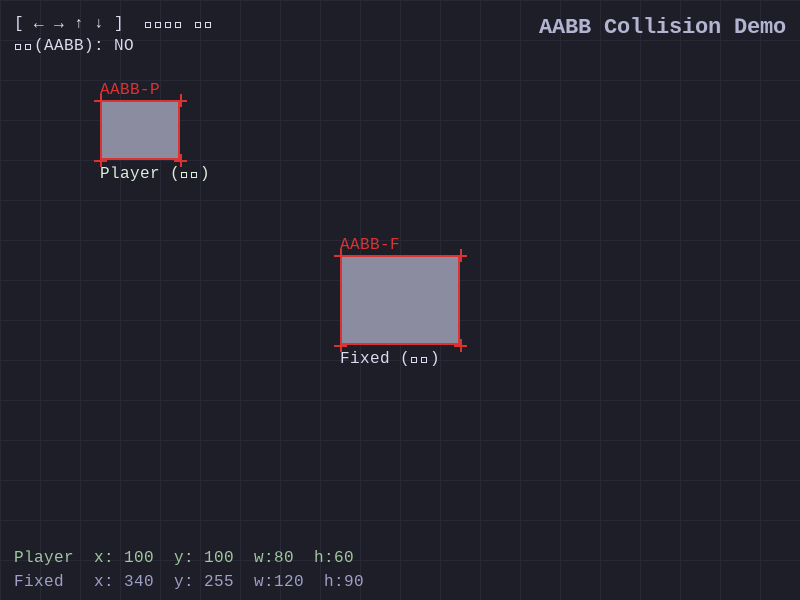
Repository: hanys0813/hys-project
Script's output: python pracitce.py
These files come from the project's save history. The script's output is drawn as it stood at one moment and after the next save; the edit follows.
The window is shown after at most 60 frames with no key pressed. A system font it names is replaced by a similar one. Random numbers start from a fixed seed.

Above is the script's output before, as saved 2026-03-24 14:27:43.

### pracitce.py
import pygame
import sys

# 초기화
pygame.init()

WIDTH, HEIGHT = 800, 600
screen = pygame.display.set_mode((WIDTH, HEIGHT))
pygame.display.set_caption("AABB 충돌 감지 데모")

clock = pygame.time.Clock()
FPS = 60
SPEED = 4

# 색상
BG_COLOR       = (30, 30, 40)
RECT_COLOR     = (140, 140, 160)
AABB_COLOR     = (220, 50,  50)
OVERLAP_COLOR  = (255, 200,  0)
TEXT_COLOR     = (220, 220, 240)
GRID_COLOR     = (40,  40,  55)

# 폰트
font_small = pygame.font.SysFont("consolas", 16)
font_big   = pygame.font.SysFont("consolas", 22, bold=True)

# ── 오브젝트 정의 ──────────────────────────────────────────
# 이동 가능한 오브젝트 (플레이어)
player = pygame.Rect(100, 100, 80, 60)

# 고정 오브젝트 (화면 중앙)
fixed  = pygame.Rect(0, 0, 120, 90)
fixed.center = (WIDTH // 2, HEIGHT // 2)

def draw_grid():
    for x in range(0, WIDTH, 40):
        pygame.draw.line(screen, GRID_COLOR, (x, 0), (x, HEIGHT))
    for y in range(0, HEIGHT, 40):
        pygame.draw.line(screen, GRID_COLOR, (0, y), (WIDTH, y))

def draw_aabb(rect, color, label=""):
    """AABB 테두리 + 코너 마커"""
    pygame.draw.rect(screen, color, rect, 2)
    # 코너 마커
    size = 6
    corners = [rect.topleft, rect.topright, rect.bottomleft, rect.bottomright]
    for cx, cy in corners:
        pygame.draw.line(screen, color, (cx - size, cy), (cx + size, cy), 2)
        pygame.draw.line(screen, color, (cx, cy - size), (cx, cy + size), 2)
    if label:
        lbl = font_small.render(label, True, color)
        screen.blit(lbl, (rect.left, rect.top - 20))

def draw_overlap_highlight(r1, r2):
    """겹친 영역 반투명 하이라이트"""
    ox = max(r1.left, r2.left)
    oy = max(r1.top,  r2.top)
    ow = min(r1.right,  r2.right)  - ox
    oh = min(r1.bottom, r2.bottom) - oy
    if ow > 0 and oh > 0:
        surf = pygame.Surface((ow, oh), pygame.SRCALPHA)
        surf.fill((255, 200, 0, 60))
        screen.blit(surf, (ox, oy))
        pygame.draw.rect(screen, OVERLAP_COLOR, (ox, oy, ow, oh), 2)

def draw_hud(colliding):
    # 조작 안내
    lines = [
        "[ ← → ↑ ↓ ]  플레이어 이동",
        f"충돌(AABB): {'YES  ← 겹침!' if colliding else 'NO'}",
    ]
    for i, line in enumerate(lines):
        color = OVERLAP_COLOR if (i == 1 and colliding) else TEXT_COLOR
        surf = font_small.render(line, True, color)
        screen.blit(surf, (14, 14 + i * 22))

    # 제목
    title = font_big.render("AABB Collision Demo", True, (180, 180, 210))
    screen.blit(title, (WIDTH - title.get_width() - 14, 14))

    # 좌표 표시
    p_info = font_small.render(
        f"Player  x:{player.x:4d}  y:{player.y:4d}  w:{player.w}  h:{player.h}",
        True, (160, 200, 160))
    f_info = font_small.render(
        f"Fixed   x:{fixed.x:4d}  y:{fixed.y:4d}  w:{fixed.w}  h:{fixed.h}",
        True, (160, 160, 200))
    screen.blit(p_info, (14, HEIGHT - 52))
    screen.blit(f_info, (14, HEIGHT - 28))

# ── 메인 루프 ──────────────────────────────────────────────
running = True
while running:
    clock.tick(FPS)

    # 이벤트
    for event in pygame.event.get():
        if event.type == pygame.QUIT:
            running = False
        if event.type == pygame.KEYDOWN and event.key == pygame.K_ESCAPE:
            running = False

    # 입력 처리
    keys = pygame.key.get_pressed()
    if keys[pygame.K_LEFT]:  player.x -= SPEED
    if keys[pygame.K_RIGHT]: player.x += SPEED
    if keys[pygame.K_UP]:    player.y -= SPEED
    if keys[pygame.K_DOWN]:  player.y += SPEED

    # 화면 밖 제한
    player.clamp_ip(pygame.Rect(0, 0, WIDTH, HEIGHT))

    # AABB 충돌 감지
    colliding = player.colliderect(fixed)

    # ── 렌더링 ──
    screen.fill(BG_COLOR)
    draw_grid()

    # 오브젝트 내부 채우기
    pygame.draw.rect(screen, RECT_COLOR, player)
    pygame.draw.rect(screen, RECT_COLOR, fixed)

    # 오브젝트 테두리
    pygame.draw.rect(screen, (180, 180, 200), player, 1)
    pygame.draw.rect(screen, (180, 180, 200), fixed,  1)

    # 라벨
    p_lbl = font_small.render("Player (이동)", True, (220, 240, 220))
    f_lbl = font_small.render("Fixed (고정)", True, (220, 220, 240))
    screen.blit(p_lbl, (player.left, player.bottom + 4))
    screen.blit(f_lbl, (fixed.left,  fixed.bottom  + 4))

    # 겹침 하이라이트 (충돌 시)
    if colliding:
        draw_overlap_highlight(player, fixed)

    # AABB 박스
    aabb_col = OVERLAP_COLOR if colliding else AABB_COLOR
    draw_aabb(player, aabb_col, "AABB-P")
    draw_aabb(fixed,  aabb_col, "AABB-F")

    draw_hud(colliding)
    pygame.display.flip()

pygame.quit()
sys.exit()

After the next save:
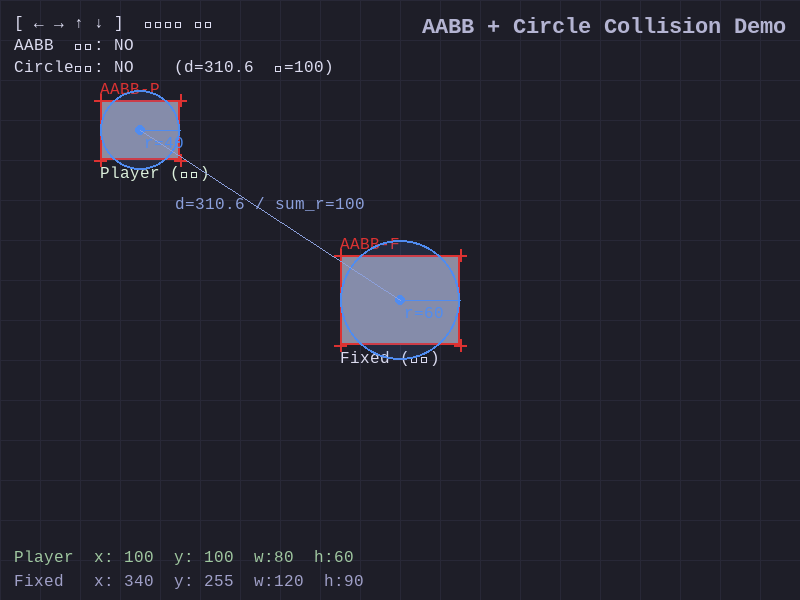
Saved 5 min 12 s later.
--- a/pracitce.py
+++ b/pracitce.py
@@ -1,12 +1,13 @@
 import pygame
 import sys
+import math
 
 # 초기화
 pygame.init()
 
 WIDTH, HEIGHT = 800, 600
 screen = pygame.display.set_mode((WIDTH, HEIGHT))
-pygame.display.set_caption("AABB 충돌 감지 데모")
+pygame.display.set_caption("AABB + Circle 충돌 감지 데모")
 
 clock = pygame.time.Clock()
 FPS = 60
@@ -14,9 +15,12 @@ SPEED = 4
 
 # 색상
 BG_COLOR       = (30, 30, 40)
+BG_CIRCLE_HIT  = (60, 55, 10)   # 원형 충돌 시 배경
 RECT_COLOR     = (140, 140, 160)
 AABB_COLOR     = (220, 50,  50)
+CIRCLE_COLOR   = (80, 140, 240)  # 파란 원
 OVERLAP_COLOR  = (255, 200,  0)
+CIRCLE_HIT_COLOR = (255, 220, 0) # 원형 충돌 시 색
 TEXT_COLOR     = (220, 220, 240)
 GRID_COLOR     = (40,  40,  55)
 
@@ -25,12 +29,23 @@ font_small = pygame.font.SysFont("consolas", 16)
 font_big   = pygame.font.SysFont("consolas", 22, bold=True)
 
 # ── 오브젝트 정의 ──────────────────────────────────────────
-# 이동 가능한 오브젝트 (플레이어)
 player = pygame.Rect(100, 100, 80, 60)
-
-# 고정 오브젝트 (화면 중앙)
 fixed  = pygame.Rect(0, 0, 120, 90)
 fixed.center = (WIDTH // 2, HEIGHT // 2)
+
+def get_circle(rect):
+    """오브젝트의 중심 좌표와 반지름(너비 절반) 반환"""
+    cx = rect.centerx
+    cy = rect.centery
+    r  = rect.width // 2
+    return cx, cy, r
+
+def circle_collide(r1, r2):
+    """두 원의 충돌 감지: 중심 거리 < 반지름 합"""
+    cx1, cy1, rad1 = get_circle(r1)
+    cx2, cy2, rad2 = get_circle(r2)
+    dist = math.hypot(cx2 - cx1, cy2 - cy1)
+    return dist < (rad1 + rad2), dist, rad1 + rad2
 
 def draw_grid():
     for x in range(0, WIDTH, 40):
@@ -39,9 +54,7 @@ def draw_grid():
         pygame.draw.line(screen, GRID_COLOR, (0, y), (WIDTH, y))
 
 def draw_aabb(rect, color, label=""):
-    """AABB 테두리 + 코너 마커"""
     pygame.draw.rect(screen, color, rect, 2)
-    # 코너 마커
     size = 6
     corners = [rect.topleft, rect.topright, rect.bottomleft, rect.bottomright]
     for cx, cy in corners:
@@ -51,8 +64,37 @@ def draw_aabb(rect, color, label=""):
         lbl = font_small.render(label, True, color)
         screen.blit(lbl, (rect.left, rect.top - 20))
 
+def draw_circle_bb(rect, hit):
+    """원형 Bounding Box 그리기"""
+    cx, cy, r = get_circle(rect)
+    color = CIRCLE_HIT_COLOR if hit else CIRCLE_COLOR
+    # 반투명 채우기
+    surf = pygame.Surface((r * 2, r * 2), pygame.SRCALPHA)
+    alpha = 50 if hit else 30
+    pygame.draw.circle(surf, (*color, alpha), (r, r), r)
+    screen.blit(surf, (cx - r, cy - r))
+    # 테두리
+    pygame.draw.circle(screen, color, (cx, cy), r, 2)
+    # 중심점
+    pygame.draw.circle(screen, color, (cx, cy), 5)
+    # 반지름 선
+    pygame.draw.line(screen, (*color, 180), (cx, cy), (cx + r, cy), 1)
+    # 반지름 수치 표시
+    lbl = font_small.render(f"r={r}", True, color)
+    screen.blit(lbl, (cx + 4, cy + 4))
+
+def draw_circle_distance_line(r1, r2, hit, dist, sum_r):
+    """두 원 중심 사이의 거리 시각화"""
+    cx1, cy1, _ = get_circle(r1)
+    cx2, cy2, _ = get_circle(r2)
+    color = CIRCLE_HIT_COLOR if hit else (140, 160, 220)
+    pygame.draw.line(screen, color, (cx1, cy1), (cx2, cy2), 1)
+    mid_x = (cx1 + cx2) // 2
+    mid_y = (cy1 + cy2) // 2
+    lbl = font_small.render(f"d={dist:.1f} / sum_r={sum_r}", True, color)
+    screen.blit(lbl, (mid_x - lbl.get_width() // 2, mid_y - 20))
+
 def draw_overlap_highlight(r1, r2):
-    """겹친 영역 반투명 하이라이트"""
     ox = max(r1.left, r2.left)
     oy = max(r1.top,  r2.top)
     ow = min(r1.right,  r2.right)  - ox
@@ -63,22 +105,21 @@ def draw_overlap_highlight(r1, r2):
         screen.blit(surf, (ox, oy))
         pygame.draw.rect(screen, OVERLAP_COLOR, (ox, oy, ow, oh), 2)
 
-def draw_hud(colliding):
-    # 조작 안내
+def draw_hud(aabb_hit, circle_hit, dist, sum_r):
     lines = [
         "[ ← → ↑ ↓ ]  플레이어 이동",
-        f"충돌(AABB): {'YES  ← 겹침!' if colliding else 'NO'}",
+        f"AABB  충돌: {'YES ◀ 겹침!' if aabb_hit   else 'NO '}",
+        f"Circle충돌: {'YES ◀ 겹침!' if circle_hit else 'NO '}   (d={dist:.1f}  합={sum_r})",
     ]
     for i, line in enumerate(lines):
-        color = OVERLAP_COLOR if (i == 1 and colliding) else TEXT_COLOR
+        hit = (i == 1 and aabb_hit) or (i == 2 and circle_hit)
+        color = OVERLAP_COLOR if hit else TEXT_COLOR
         surf = font_small.render(line, True, color)
         screen.blit(surf, (14, 14 + i * 22))
 
-    # 제목
-    title = font_big.render("AABB Collision Demo", True, (180, 180, 210))
+    title = font_big.render("AABB + Circle Collision Demo", True, (180, 180, 210))
     screen.blit(title, (WIDTH - title.get_width() - 14, 14))
 
-    # 좌표 표시
     p_info = font_small.render(
         f"Player  x:{player.x:4d}  y:{player.y:4d}  w:{player.w}  h:{player.h}",
         True, (160, 200, 160))
@@ -93,35 +134,31 @@ running = True
 while running:
     clock.tick(FPS)
 
-    # 이벤트
     for event in pygame.event.get():
         if event.type == pygame.QUIT:
             running = False
         if event.type == pygame.KEYDOWN and event.key == pygame.K_ESCAPE:
             running = False
 
-    # 입력 처리
     keys = pygame.key.get_pressed()
     if keys[pygame.K_LEFT]:  player.x -= SPEED
     if keys[pygame.K_RIGHT]: player.x += SPEED
     if keys[pygame.K_UP]:    player.y -= SPEED
     if keys[pygame.K_DOWN]:  player.y += SPEED
-
-    # 화면 밖 제한
     player.clamp_ip(pygame.Rect(0, 0, WIDTH, HEIGHT))
 
-    # AABB 충돌 감지
-    colliding = player.colliderect(fixed)
+    # 충돌 감지
+    aabb_hit = player.colliderect(fixed)
+    circle_hit, dist, sum_r = circle_collide(player, fixed)
 
     # ── 렌더링 ──
-    screen.fill(BG_COLOR)
+    bg = BG_CIRCLE_HIT if circle_hit else BG_COLOR
+    screen.fill(bg)
     draw_grid()
 
-    # 오브젝트 내부 채우기
+    # 오브젝트 채우기
     pygame.draw.rect(screen, RECT_COLOR, player)
     pygame.draw.rect(screen, RECT_COLOR, fixed)
-
-    # 오브젝트 테두리
     pygame.draw.rect(screen, (180, 180, 200), player, 1)
     pygame.draw.rect(screen, (180, 180, 200), fixed,  1)
 
@@ -131,16 +168,23 @@ while running:
     screen.blit(p_lbl, (player.left, player.bottom + 4))
     screen.blit(f_lbl, (fixed.left,  fixed.bottom  + 4))
 
-    # 겹침 하이라이트 (충돌 시)
-    if colliding:
+    # AABB 겹침 하이라이트
+    if aabb_hit:
         draw_overlap_highlight(player, fixed)
 
     # AABB 박스
-    aabb_col = OVERLAP_COLOR if colliding else AABB_COLOR
+    aabb_col = OVERLAP_COLOR if aabb_hit else AABB_COLOR
     draw_aabb(player, aabb_col, "AABB-P")
     draw_aabb(fixed,  aabb_col, "AABB-F")
 
-    draw_hud(colliding)
+    # 원형 Bounding Box (파란 원, 충돌 시 노란색)
+    draw_circle_bb(player, circle_hit)
+    draw_circle_bb(fixed,  circle_hit)
+
+    # 두 원 거리 연결선
+    draw_circle_distance_line(player, fixed, circle_hit, dist, sum_r)
+
+    draw_hud(aabb_hit, circle_hit, dist, sum_r)
     pygame.display.flip()
 
 pygame.quit()
